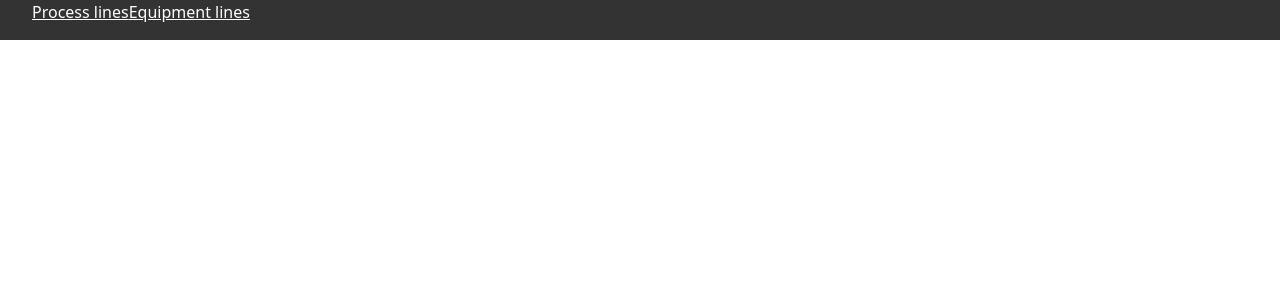
Repository: sreech465/evin3
Page: /equipment
An editor plug-in stored every save of this project. The page is shown before and after the next save, followed by the edit.
The browser window is 1280 px wide. The pictures show the whole page.
The page's requests for data from a server got no answer. The project was rebuilt for these pictures with package versions that can differ from the ones it lists, and the page was loaded fresh each time. No one was signed in, and anything a server would have sent is missing. Also part of the build but not shown: src/Login.js, src/Display.js, src/Details.js, src/CustomSearchBar.js, src/Process.js, src/Learning.js, src/ProcessDetails.js, src/EquipDetails.js.

Above is the page before, as saved 2022-10-29 08:07:09.

### src/index.js
import React from "react";
import ReactDOM from "react-dom/client";
import "./index.css";
import App from "./App";
import reportWebVitals from "./reportWebVitals";
import { Provider } from "react-redux";
import store from "./store";
import "bootstrap/dist/css/bootstrap.min.css";
const root = ReactDOM.createRoot(document.getElementById("root"));
root.render(
  <React.StrictMode>
    <Provider store={store}>
      <App />
    </Provider>
  </React.StrictMode>
);

// If you want to start measuring performance in your app, pass a function
// to log results (for example: reportWebVitals(console.log))
// or send to an analytics endpoint. Learn more: https://bit.ly/CRA-vitals
reportWebVitals();

### src/App.js
import React from "react";
import { Routes, Route } from "react-router-dom";
import { BrowserRouter } from "react-router-dom";
import Login from "./Login";
import Display from "./Display";
import Details from "./Details";
import Process from "./Process";
import Equipment from "./Equipment";
import Learning from "./Learning";
import ProcessDetails from "./ProcessDetails";
import EquipDetails from "./EquipDetails";

const App = () => {
  return (
    <div className="App">
      <BrowserRouter>
        <Routes>
          <Route path="/" element={<Login />} />
          <Route path="/display" element={<Display />} />
          <Route path="/details" element={<Details />} />
          <Route path="/pdetails" element={<Process />} />
          <Route path="/elearning" element={<Learning />} />
          <Route path="/equipment" element={<Equipment />} />
          <Route path="/pdetails/:id" element={<ProcessDetails />} />
          <Route path="/equipment/:id" element={<EquipDetails />} />
        </Routes>
      </BrowserRouter>
    </div>
  );
};

export default App;

### src/store.js
import { applyMiddleware, createStore } from "redux";
import thunk from "redux-thunk";

import { singleReducer } from "./combineReducer";

const store = createStore(singleReducer, applyMiddleware(thunk));

export default store;

### src/Equipment.js
import React, { useEffect } from "react";
import { useSelector, useDispatch } from "react-redux";
import { getEquipmentDetails } from "./Actions";
import Headertabs from "./Headertabs";
import { Link } from "react-router-dom";

const Equipment = () => {
  const dispatch = useDispatch();

  const access_token = useSelector(
    (state) => state.LoginReducer.auth.access_token
  );

  const EquipmentList = useSelector((state) => state.EquipmentReducer.Data102);
  console.log(EquipmentList);

  useEffect(() => {
    dispatch(getEquipmentDetails(access_token));
  }, []);

  return (
    <>
      <Headertabs />
      {/* <div>
        <Routes>
          <Route path="/equipment" element={<Equipment />} />
        </Routes>
      </div> */}

      <>
        {EquipmentList &&
          EquipmentList.data.results.length > 0 &&
          EquipmentList.data.results.map((element) => {
            return (
              <>
                <div class="card" style={{ display: "flex" }}>
                  <img
                    style={{ width: 70, height: 40 }}
                    class="card-img-top"
                    src={element.equipment_image}
                    alt="Card image cap"
                  />
                  <div class="card-body">
                    <h5 class="card-title">{element.equipment_id}</h5>
                    <p class="card-text">
                      {element.line_org_location} {element.installed_by_name}.
                    </p>
                    <Link to={`/equipment/${element.id}`}>
                      <button class="btn btn-primary">Details</button>
                    </Link>
                  </div>
                </div>
              </>
            );
          })}
      </>
      {/* ) : ( "loading" ); */}
    </>
  );
};

export default Equipment;

### src/combineReducer.js
import { combineReducers } from "redux";
import {
  equipmentReducer,
  equipmentReducer1,
  LoginReducer,
  processReducer,
  processReducer1,
  projectReducer,
} from "./Reducer";

export const singleReducer = combineReducers({
  LoginReducer: LoginReducer,
  ProjectReducer: projectReducer,
  ProcessReducer: processReducer,
  ProcessReducer1: processReducer1,
  EquipmentReducer: equipmentReducer,
  EquipmentReducer1: equipmentReducer1,
});

### src/Actions.js
import axios from "axios";

import {
  LOGIN_SUCESS,
  PROCESS_SUCESS,
  PROJECT_SUCESSC,
  EQUIPMENT_SUCESS,
  EQUIPMENT_SUCESSC,
  PROJECT_SUCESS,
} from "./types";

const apiBaseUrl = "http://52.139.224.15:81/account/";
const adminbaseurl = "http://52.139.224.15:81/";
const baseUrl = "http://52.139.224.15:81/account/login/";

export const loginAction = (username, password, navigate) => {
  console.log(username, password, "action");
  return async (dispatch) => {
    const formData = {
      username: username,
      password: password,
    };

    try {
      await axios.post(baseUrl, formData).then((response) => {
        console.log("response from api", response.data);
        if (response.status == 200) {
          dispatch({ type: LOGIN_SUCESS, payload: response.data });
          navigate("/display");
        }
      });
    } catch (err) {
      console.log(err);
    }
  };
};

export const getProjectDetails = (access_token) => {
  console.log(access_token);
  return async (dispatch) => {
    let config = {
      headers: { Authorization: `Bearer ${access_token}` },
    };

    try {
      await axios
        .get(
          "http://52.139.224.15:81/my_project_list/?search=&page=1&ordering=-id&project_status=&solution_org=",
          config
        )
        .then((response) => {
          console.log("response from api", response);
          if (response.status == 200) {
            dispatch({ type: PROCESS_SUCESS, payload: response });
          }
        });
    } catch (err) {
      console.log(err);
    }
  };
};

export const getProcesslines = (access_token) => {
  console.log(access_token);
  return async (dispatch) => {
    let config = {
      headers: { Authorization: `Bearer ${access_token}` },
    };

    try {
      await axios
        .get(
          "http://52.139.224.15:81/end_user/process_line/?primary_product=all&org_location=&query=&page=1&sort_by=-id&installed_by=",
          config
        )
        .then((response) => {
          console.log("response from api", response);
          if (response.status == 200) {
            dispatch({ type: PROJECT_SUCESS, payload: response });
          }
        });
    } catch (err) {
      console.log(err);
    }
  };
};

export const getProcesslines1 = (access_token, id) => {
  console.log(access_token);
  console.log(id);

  return async (dispatch) => {
    let config = {
      headers: { Authorization: `Bearer ${access_token}` },
    };

    try {
      await axios
        .get(
          `http://52.139.224.15:81/end_user/process_line/?line_id=${id}`,
          config
        )
        .then((response) => {
          console.log("response from api", response);
          if (response.status == 200) {
            dispatch({ type: PROJECT_SUCESSC, payload: response });
          }
        });
    } catch (err) {
      console.log(err);
    }
  };
};

export const getEquipmentDetails = (access_token) => {
  console.log(access_token);
  return async (dispatch) => {
    let config = {
      headers: { Authorization: `Bearer ${access_token}` },
    };

    try {
      await axios
        .get(
          "http://52.139.224.15:81/tagged_equipment_list/?search=&page=1&ordering=-status&process_line__org_location__name=&process_line__name=&system=&oem_org_id=&process_line__primary_product_ref__name=&equipment_select=&process_line__installed_by=",
          config
        )
        .then((response) => {
          console.log("response from api", response);
          if (response.status == 200) {
            dispatch({ type: EQUIPMENT_SUCESS, payload: response });
          }
        });
    } catch (err) {
      console.log(err);
    }
  };
};

export const getEquipmentDetails1 = (access_token, id) => {
  console.log(access_token);
  console.log(id);
  return async (dispatch) => {
    let config = {
      headers: { Authorization: `Bearer ${access_token}` },
    };

    try {
      await axios
        .get(
          `http://52.139.224.15:81/tagged_equipment_list/?installed_equipment_id=${id}`,
          config
        )
        .then((response) => {
          console.log("response from api", response);
          if (response.status == 200) {
            dispatch({ type: EQUIPMENT_SUCESSC, payload: response });
          }
        });
    } catch (err) {
      console.log(err);
    }
  };
};

### src/Headertabs.js
import React from "react";
import "./styles.css";
import { Link } from "react-router-dom";

const Headertabs = () => {
  return (
    <nav className="nav">
      <ul
        style={{
          textDecoration: "none",
          display: "flex",
          justifyContent: "space-around",
        }}
      >
        <li style={{ listStyleType: "none" }}>
          <Link to="/pdetails">Process lines</Link>
        </li>
        <li style={{ listStyleType: "none" }}>
          <Link to="/equipment">Equipment lines</Link>
        </li>
      </ul>
    </nav>
  );
};

export default Headertabs;

### src/Reducer.js
import {
  EQUIPMENT_SUCESS,
  EQUIPMENT_SUCESSC,
  LOGIN_SUCESS,
  PROCESS_SUCESS,
  PROJECT_SUCESS,
  PROJECT_SUCESSC,
} from "./types";
const initialState = {
  auth: {
    access_token: "",
    username: "",
    role_permissions: [],
  },
  Data100: "",
};

export const LoginReducer = (state = initialState, action) => {
  // console.log(action);

  switch (action.type) {
    case LOGIN_SUCESS:
      return {
        ...state,

        auth: action.payload,
      };

    default:
      return state;
  }
};

export const projectReducer = (state = initialState, action) => {
  // console.log(action);

  switch (action.type) {
    case PROCESS_SUCESS:
      return {
        ...state,

        Data100: action.payload,
      };

    default:
      return state;
  }
};

export const processReducer = (state = initialState, action) => {
  // console.log(action);

  switch (action.type) {
    case PROJECT_SUCESS:
      return {
        ...state,

        Data101: action.payload,
      };

    default:
      return state;
  }
};

export const processReducer1 = (state = initialState, action) => {
  // console.log(action);

  switch (action.type) {
    case PROJECT_SUCESSC:
      return {
        ...state,

        TOM: action.payload,
      };

    default:
      return state;
  }
};

export const equipmentReducer = (state = initialState, action) => {
  // console.log(action);

  switch (action.type) {
    case EQUIPMENT_SUCESS:
      return {
        ...state,

        Data102: action.payload,
      };

    default:
      return state;
  }
};

export const equipmentReducer1 = (state = initialState, action) => {
  // console.log(action);

  switch (action.type) {
    case EQUIPMENT_SUCESSC:
      return {
        ...state,

        JERRY: action.payload,
      };

    default:
      return state;
  }
};

### src/types.js
export const LOGIN_SUCESS = "LOGIN_SUCESS";
export const PROCESS_SUCESS = "PROCESS_SUCESS";
export const PROJECT_SUCESS = "PROJECT_SUCESS";
export const EQUIPMENT_SUCESS = "EQUIPMENT_SUCESS";
export const EQUIPMENT_SUCESSC = "EQUIPMENT_SUCESSC";
export const PROJECT_SUCESSC = "PROJECT_SUCESSC";

### src/styles.css
* {
    box-sizing: border-box;
}

body {
    margin:0;

}

.nav {
    background-color: #333;
    color:white;
    display: flex;
    justify-content: space-between;
    align-items: center;
    gap: 2rem;
    padding: 0 1rem;
}

.nav a {
    color:inherit
}

Loaded but not shown: public/index.html (common file); src/index.css (common file); src/reportWebVitals.js (common file)

After the next save:
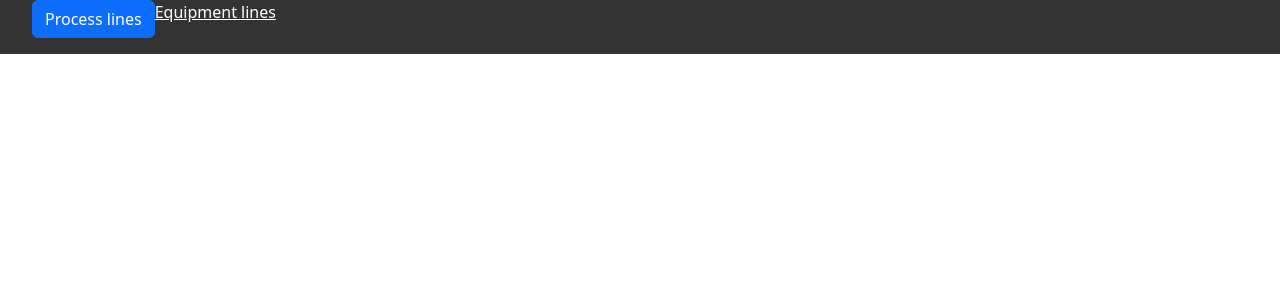
Saved 2 min 42 s later.
--- a/src/Headertabs.js
+++ b/src/Headertabs.js
@@ -13,7 +13,9 @@ const Headertabs = () => {
         }}
       >
         <li style={{ listStyleType: "none" }}>
-          <Link to="/pdetails">Process lines</Link>
+          <Link to="/pdetails">
+            <button className="btn btn-primary">Process lines</button>
+          </Link>
         </li>
         <li style={{ listStyleType: "none" }}>
           <Link to="/equipment">Equipment lines</Link>
